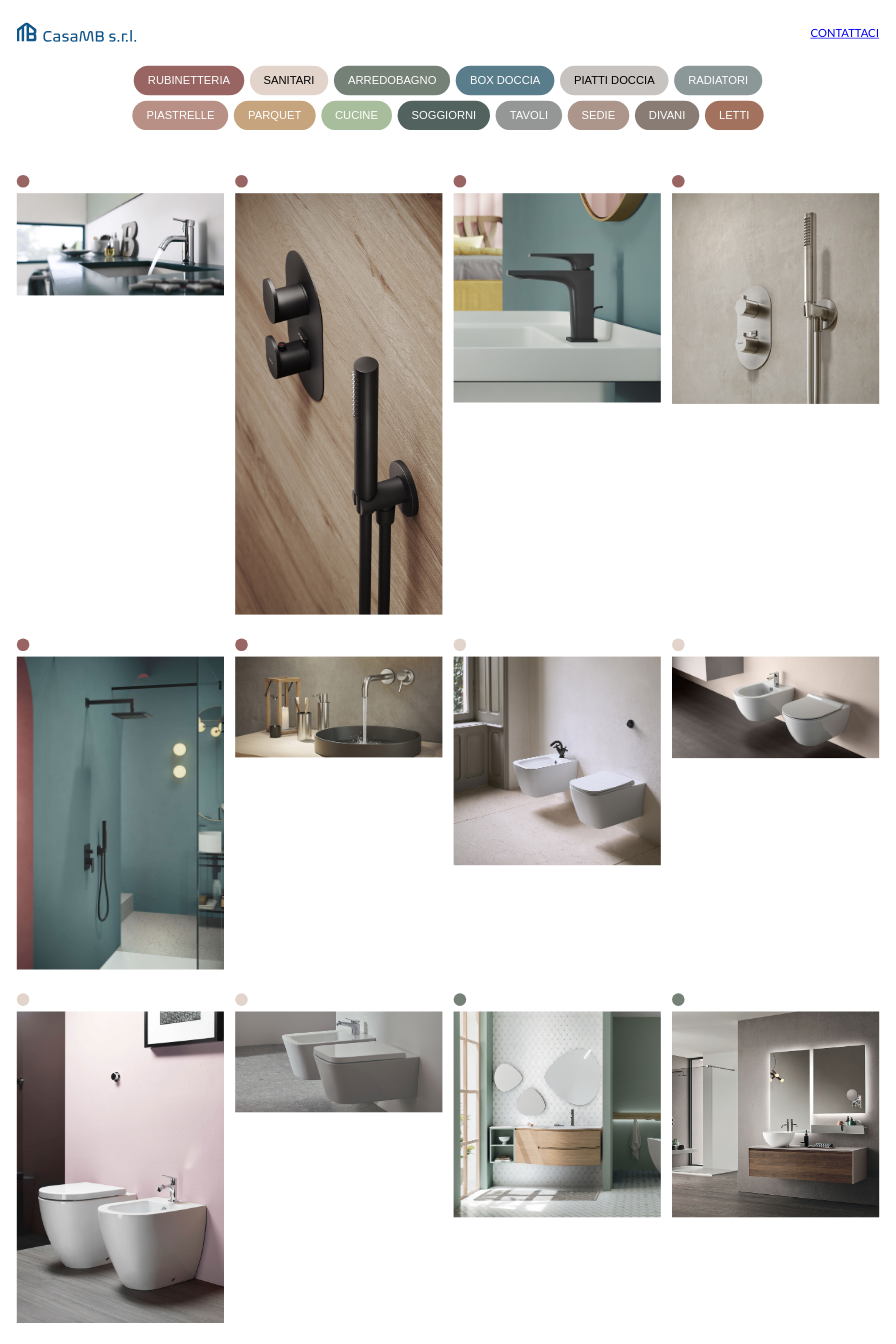
Repository: nicolorz/casamb
Page: /
The author's editor kept a copy of each file at every save. The page is drawn from the files as they stood at one save, then again after the next save.
The browser window is 1280 px wide. The pictures show the part of the page from y = 0 to 1920 px (the page is 6734 px tall before and 6484 px after), at 70% of full size.
The project was rebuilt for these pictures with package versions that can differ from the ones it lists, and the page was loaded fresh each time. Also part of the build but not shown: src/index.css, src/App.css.

Above is the page before, as saved 2023-07-19 17:45:21.

### src/index.js
import React from 'react';
import ReactDOM from 'react-dom/client';
import './index.css';
import './assets/css/reset.css'
import './assets/css/style.css'
import App from './App';
import reportWebVitals from './reportWebVitals';

const root = ReactDOM.createRoot(document.getElementById('root'));
root.render(
  <React.StrictMode>
    <App />
  </React.StrictMode>
);

// If you want to start measuring performance in your app, pass a function
// to log results (for example: reportWebVitals(console.log))
// or send to an analytics endpoint. Learn more: https://bit.ly/CRA-vitals
reportWebVitals();

### src/assets/css/style.css
@import url('https://fonts.googleapis.com/css2?family=Lato:ital,wght@0,300;0,400;0,700;1,300;1,400;1,700&display=swap');

html, body {
  margin: 0;
  padding: 0;
  font-size: 16px;
  font-family: 'Lato', sans-serif;
}

.main-wrapper {
  width: 100vw;
  height: 100vh;
  background-color: #fff;
  padding: 0 24px;
  box-sizing: border-box;
}

### src/App.js
import logo from './logo.svg';
import './App.css';
import  {Header} from './components/HeaderWrapper/HeaderWrapper';
import { CardWrapper } from './components/CardWrapper/CardWrapper';

function App() {

  return (
    <div className="main-wrapper">
      <Header />
      <CardWrapper />
    </div>
  );
}

export default App;

### src/components/HeaderWrapper/HeaderWrapper.js
import './Header.css'
import { HeaderBottom } from './HeaderBottom'
import { HeaderTop } from './HeaderTop'

export const Header = () => {
    return <div id="header" className="header">
        <HeaderTop />
        <HeaderBottom />
    </div>
}

### src/components/CardWrapper/CardWrapper.js
import './CardWrapper.css'
import { CardItem } from './CardItem';
import { useState, useEffect } from 'react';


const images = [
    {
        source: '/img/001-rubinetteria/rubinetteria-1.jpg',
        tag: 'rubinetteria',
        info: 'interior design'
    },
    {
        source: '/img/001-rubinetteria/rubinetteria-2.jpg',
        tag: 'rubinetteria',
        info: 'interior design'
    },
    {
        source: '/img/001-rubinetteria/rubinetteria-3.jpg',
        tag: 'rubinetteria',
        info: 'interior design'
    },
    {
        source: '/img/001-rubinetteria/rubinetteria-4.jpg',
        tag: 'rubinetteria',
        info: 'interior design'
    },
    {
        source: '/img/001-rubinetteria/rubinetteria-5.jpg',
        tag: 'rubinetteria',
        info: 'interior design'
    },
    {
        source: '/img/001-rubinetteria/rubinetteria-6.jpg',
        tag: 'rubinetteria',
        info: 'interior design'
    },
    {
        source: '/img/002-sanitari/sanitari-1.jpg',
        tag: 'sanitari',
        info: 'interior design'
    },
    {
        source: '/img/002-sanitari/sanitari-2.jpg',
        tag: 'sanitari',
        info: 'interior design'
    },
    {
        source: '/img/002-sanitari/sanitari-3.jpg',
        tag: 'sanitari',
        info: 'interior design'
    },
    {
        source: '/img/002-sanitari/sanitari-4.jpg',
        tag: 'sanitari',
        info: 'interior design'
    },
    {
        source: '/img/003-arredobagno/arredobagno-1.jpg',
        tag: 'arredobagno',
        info: 'interior design'
    },
    {
        source: '/img/003-arredobagno/arredobagno-2.jpg',
        tag: 'arredobagno',
        info: 'interior design'
    },
    {
        source: '/img/003-arredobagno/arredobagno-3.jpg',
        tag: 'arredobagno',
        info: 'interior design'
    },
    {
        source: '/img/003-arredobagno/arredobagno-4.jpg',
        tag: 'arredobagno',
        info: 'interior design'
    },
    {
        source: '/img/003-arredobagno/arredobagno-5.jpg',
        tag: 'arredobagno',
        info: 'interior design'
    },
    {
        source: '/img/004-box-doccia/box-doccia-1.jpg',
        tag: 'boxdoccia',
        info: 'interior design'
    },
    {
        source: '/img/004-box-doccia/box-doccia-2.jpg',
        tag: 'boxdoccia',
        info: 'interior design'
    },
    {
        source: '/img/004-box-doccia/box-doccia-3.jpg',
        tag: 'boxdoccia',
        info: 'interior design'
    },
    {
        source: '/img/005-piatti-doccia/piatti-doccia-1.jpg',
        tag: 'piattidoccia',
        info: 'interior design'
    },
    {
        source: '/img/005-piatti-doccia/piatti-doccia-2.jpg',
        tag: 'piattidoccia',
        info: 'interior design'
    },
    {
        source: '/img/005-piatti-doccia/piatti-doccia-3.jpg',
        tag: 'piattidoccia',
        info: 'interior design'
    },
    {
        source: '/img/006-radiatori/radiatori-1.jpg',
        tag: 'radiatori',
        info: 'interior design'
    },
    {
        source: '/img/006-radiatori/radiatori-2.jpg',
        tag: 'radiatori',
        info: 'interior design'
    },
    {
        source: '/img/006-radiatori/radiatori-3.jpg',
        tag: 'radiatori',
        info: 'interior design'
    },
    {
        source: '/img/007-piastrelle/piastrelle-1.jpg',
        tag: 'piastrelle',
        info: 'interior design'
    },
    {
        source: '/img/007-piastrelle/piastrelle-2.jpg',
        tag: 'piastrelle',
        info: 'interior design'
    },
    {
        source: '/img/007-piastrelle/piastrelle-3.jpg',
        tag: 'piastrelle',
        info: 'interior design'
    },
    {
        source: '/img/007-piastrelle/piastrelle-4.jpg',
        tag: 'piastrelle',
        info: 'interior design'
    },
    {
        source: '/img/008-parquet/parquet-1.jpg',
        tag: 'parquet',
        info: 'interior design'
    },
    {
        source: '/img/008-parquet/parquet-2.jpg',
        tag: 'parquet',
        info: 'interior design'
    },
    {
        source: '/img/008-parquet/parquet-3.jpg',
        tag: 'parquet',
        info: 'interior design'
    },
    {
        source: '/img/008-parquet/parquet-4.jpg',
        tag: 'parquet',
        info: 'interior design'
    },
    {
        source: '/img/008-parquet/parquet-5.jpg',
        tag: 'parquet',
        info: 'interior design'
    },
    {
        source: '/img/008-parquet/parquet-6.jpg',
        tag: 'parquet',
        info: 'interior design'
    },
    {
        source: '/img/009-cucine/cucine-1.jpg',
        tag: 'cucine',
        info: 'interior design'
    },
    {
        source: '/img/009-cucine/cucine-2.jpg',
        tag: 'cucine',
        info: 'interior design'
    },
    {
        source: '/img/009-cucine/cucine-3.jpg',
        tag: 'cucine',
        info: 'interior design'
    },
    {
        source: '/img/010-soggiorni/soggiorni-1.jpg',
        tag: 'soggiorni',
        info: 'interior design'
    },
    {
        source: '/img/010-soggiorni/soggiorni-2.jpg',
        tag: 'soggiorni',
        info: 'interior design'
    },
    {
        source: '/img/010-soggiorni/soggiorni-3.jpg',
        tag: 'soggiorni',
        info: 'interior design'
    },
    {
        source: '/img/011-tavoli/tavoli-1.jpg',
        tag: 'tavoli',
        info: 'interior design'
    },
    {
        source: '/img/011-tavoli/tavoli-2.jpg',
        tag: 'tavoli',
        info: 'interior design'
    },
    {
        source: '/img/011-tavoli/tavoli-3.jpg',
        tag: 'tavoli',
        info: 'interior design'
    },
    {
        source: '/img/012-sedie/sedie-1.jpg',
        tag: 'sedie',
        info: 'interior design'
    },
    {
        source: '/img/012-sedie/sedie-2.jpg',
        tag: 'sedie',
        info: 'interior design'
    },
    {
        source: '/img/012-sedie/sedie-3.jpg',
        tag: 'sedie',
        info: 'interior design'
    },
    {
        source: '/img/013-divani/divani-1.jpg',
        tag: 'divani',
        info: 'interior design'
    },
    {
        source: '/img/013-divani/divani-2.jpg',
        tag: 'divani',
        info: 'interior design'
    },
    {
        source: '/img/014-letti/letti-1.jpg',
        tag: 'letti',
        info: 'interior design'
    },
    {
        source: '/img/014-letti/letti-2.jpg',
        tag: 'letti',
        info: 'interior design'
    },
]

export const CardWrapper = () => {
    const [headerHeight, setHeaderHeight] = useState(250)
    /* const pippo = document.getElementById("header").offsetHeight(); */
    useEffect(() => {
        function handler() {
            const el = document.getElementById("header");
            setHeaderHeight(el.offsetHeight());
        }
        document.addEventListener('resize', handler);
        return () => {document.removeEventListener('resize', handler);}
    }, [])

    return (
        <div className="card-wrapper" style={{marginTop: headerHeight}}>
            {images.map((img) => {
                return (
                    <CardItem
                    key={img.source}
                    card={img}
                 />
                )
            })}
        </div>
    )
};

### src/components/HeaderWrapper/Header.css
.header {
    width: 100vw;
    padding: 0 24px;
    box-sizing: border-box;
    position: fixed;
    top: 0;
    left: 0;
}

.header-top {
    width: 100%;
    display: flex;
    flex-flow: row nowrap;
    justify-content: space-between;
    align-items: center;
}

.header-top_logo {
    padding: 2rem 0;
}

.header-bottom {
    width: 100%;
    display: flex;
    flex-flow: column nowrap;
    align-items: center;
}

.sorting-area {
    max-width: 996px;
    display: flex;
    flex-flow: row wrap;
    justify-content: center;
    gap: 0.5rem;
}

### src/components/HeaderWrapper/HeaderBottom.js
import { SortingBtn } from "../SortingBtn/Sortingbtn"

export const sortingButtons = [
    {
        tag: 'rubinetteria',
        label: 'rubinetteria',
        backgroundColor: '#986562',
    },
    {
        tag: 'sanitari',
        label: 'sanitari',
        backgroundColor: '#E2D4CB',
        textColor: '#000'
    },
    {
        tag: 'arredobagno',
        label: 'arredobagno',
        backgroundColor: '#758177',
    },
    {
        tag: 'boxdoccia',
        label: 'box doccia',
        backgroundColor: '#5A7D8B',
    },
    {
        tag: 'piattidoccia',
        label: 'piatti doccia',
        backgroundColor: '#C7C3C0',
        textColor: '#000'
    },
    {
        tag: 'radiatori',
        label: 'radiatori',
        backgroundColor: '#8C9898',
    },
    {
        tag: 'piastrelle',
        label: 'piastrelle',
        backgroundColor: '#B89086',
    },
    {
        tag: 'parquet',
        label: 'parquet',
        backgroundColor: '#C6A47E',
    },
    {
        tag: 'cucine',
        label: 'cucine',
        backgroundColor: '#A8BD9B',
    },
    {
        tag: 'soggiorni',
        label: 'soggiorni',
        backgroundColor: '#52625F',
    },
    {
        tag: 'tavoli',
        label: 'tavoli',
        backgroundColor: '#959796',
    },
    {
        tag: 'sedie',
        label: 'sedie',
        backgroundColor: '#AC968B',
    },
    {
        tag: 'divani',
        label: 'divani',
        backgroundColor: '#897C74',
    },
    {
        tag: 'letti',
        label: 'letti',
        backgroundColor: '#A2725E',
    },
];

export const HeaderBottom = () => {
    return (
        <div className="header-bottom">
            <div className="sorting-area">
                {sortingButtons.map((el) => {
                    return (
                        <SortingBtn key={el.tag} button={el} />
                    )
                })}
            </div>
        </div>
    )
}

### src/components/HeaderWrapper/HeaderTop.js
import logo from './logo-casaMB.svg';

export const HeaderTop = () => {
    return <div className="header-top">
        <div className="header-top_logo">
            <img src={logo} alt="logo" />
        </div>
        <a href="*" target="_self">CONTATTACI</a>
    </div>
}

### src/components/CardWrapper/CardWrapper.css
.card-wrapper {
    width: 100%;
    margin-top: 250px;
    display: grid;
    grid-template-columns: repeat(4, 1fr);
    row-gap: 2rem;
    column-gap: 1rem;
}

### src/components/CardWrapper/CardItem.js
import './CardItem.css'

export const colorCodes = {
    rubinetteria: '#986562',
    sanitari: '#E2D4CB',
    arredobagno: '#758177',
    boxdoccia: '#5A7D8B',
    piattidoccia: '#C7C3C0',
    radiatori: '#8C9898',
    piastrelle: '#B89086',
    parquet: '#C6A47E',
    cucine: '#A8BD9B',
    soggiorni: '#52625F',
    tavoli: '#959796',
    sedie: '#AC968B',
    divani: '#897C74',
    letti: '#A2725E'
}

export const CardItem = ({card}) => {
    return (
        <div className="card-item">
            <div
                className="cat"
                style={{backgroundColor: colorCodes[card.tag]}}
            />
            <img src={card.source} alt={card.info} />
        </div>
    )
}

### src/components/SortingBtn/Sortingbtn.js
import './Sortingbtn.css'
import { colorCodes } from "../CardWrapper/CardItem";

export const SortingBtn = ({button}) => {
    return <button
        className="sorting-btn"
        style={{
            backgroundColor: colorCodes[button.tag],
            // color: button.color ? '#fff' : button.textColor
            color: button.textColor ?? 'fff'
        }}
        >
            {button.label.toUpperCase()}
        </button>
};

### src/components/CardWrapper/CardItem.css
.card-item {
    width: 100%;
}

.card-item > .cat {
    width: 18px;
    height: 18px;
    background-color: #986562;
    border-radius: 50%;
    -webkit-border-radius: 50%;
    -moz-border-radius: 50%;
    -ms-border-radius: 50%;
    -o-border-radius: 50%;
}

.card-item > img {
    width: 100%;
    margin-top: 0.5rem;
}

### src/components/SortingBtn/Sortingbtn.css
.sorting-btn {
    background-color: #62A1FF;
    color: #fff;
    padding: 12px 20px;
    border: none;
    border-radius: 50px;
    -webkit-border-radius: 50px;
    -moz-border-radius: 50px;
    -ms-border-radius: 50px;
    -o-border-radius: 50px;
    font-size: 16px;
    cursor: pointer;
    transition: all 0.3s;
    -webkit-transition: all 0.3s;
    -moz-transition: all 0.3s;
    -ms-transition: all 0.3s;
    -o-transition: all 0.3s;
}

.sorting-btn:hover {
    background-color: #4B84DA;
}

Loaded but not shown: public/index.html (common file); src/assets/css/reset.css (common file); src/reportWebVitals.js (common file)

After the next save:
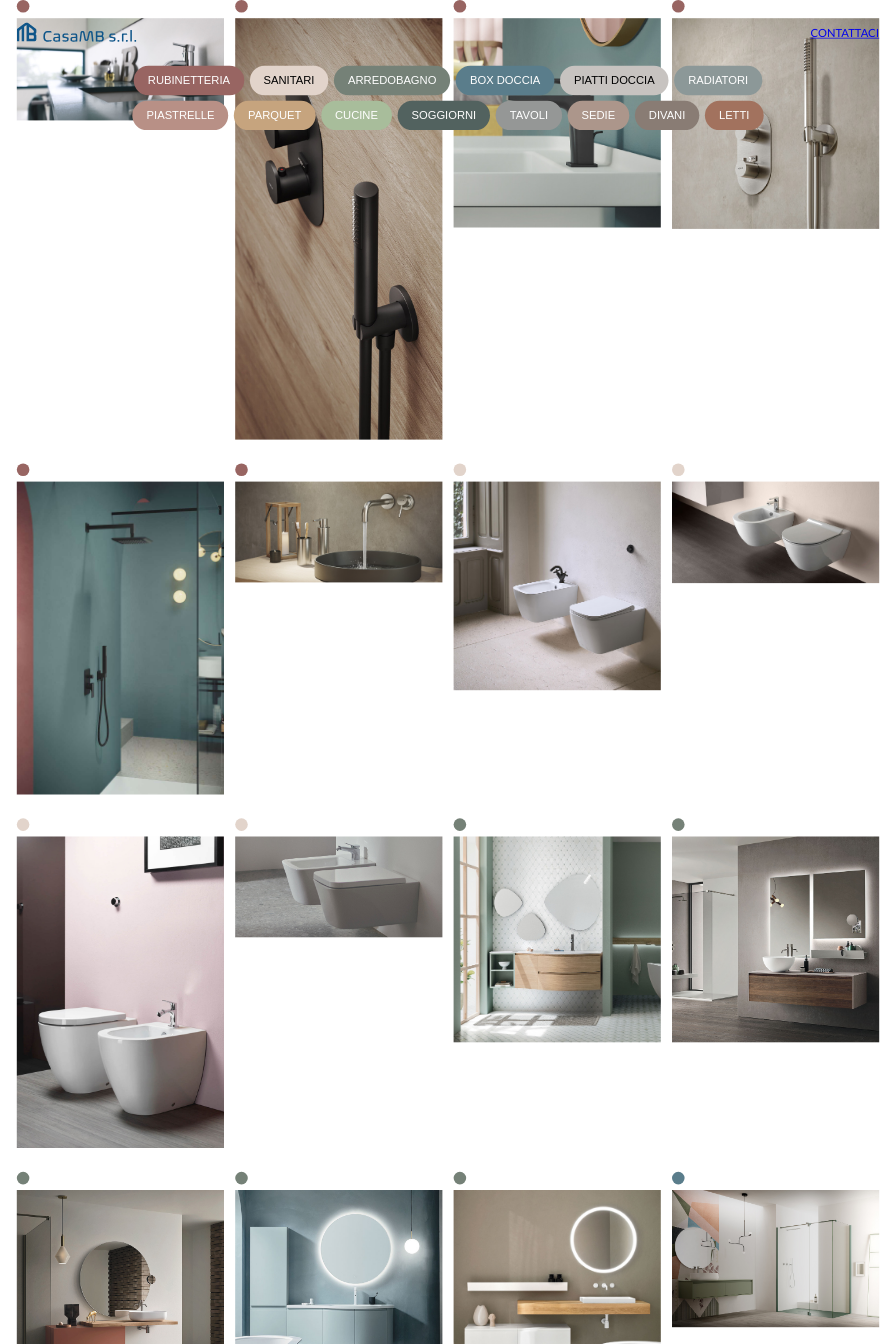
Saved 93 s later.
--- a/src/components/CardWrapper/CardWrapper.js
+++ b/src/components/CardWrapper/CardWrapper.js
@@ -257,7 +257,7 @@ const images = [
 ]
 
 export const CardWrapper = () => {
-    const [headerHeight, setHeaderHeight] = useState(250)
+    const [headerHeight, setHeaderHeight] = useState(0)
     /* const pippo = document.getElementById("header").offsetHeight(); */
     useEffect(() => {
         function handler() {
